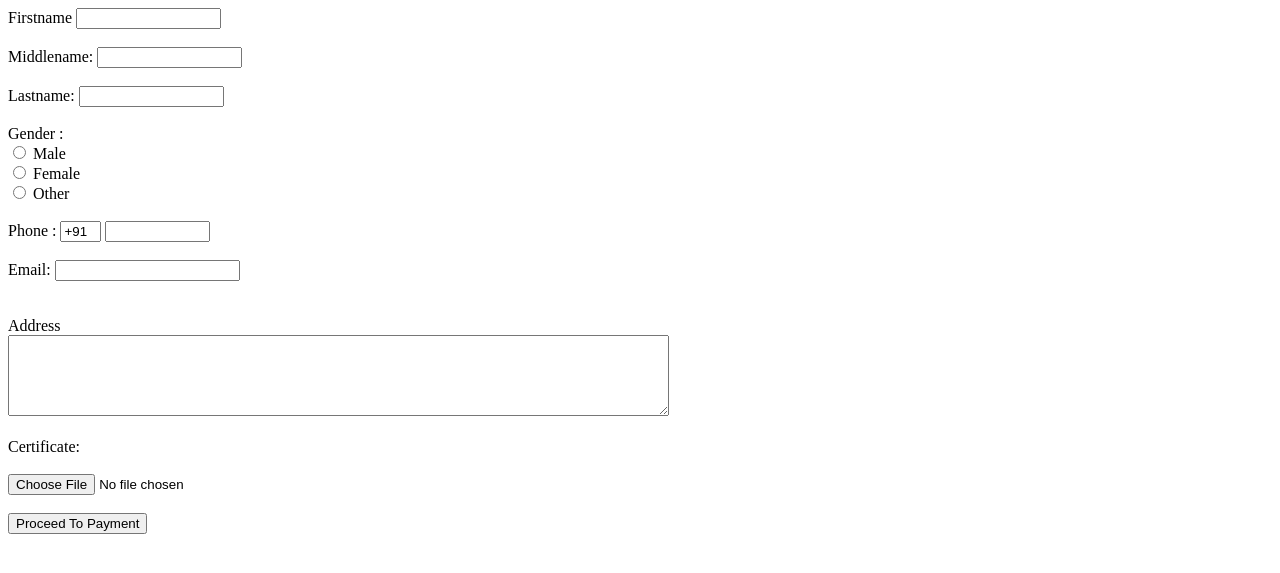
Repository: sarthakkathpalia/elliptical
Page: html/form.html
These files come from the project's save history. The page is drawn as it stood at one moment and after the next save; the edit follows.
The browser window is 1280 px wide. The pictures show the whole page.

Above is the page before, as saved 2021-10-30 17:05:04.

### html/form.html
<!DOCTYPE html>
<html lang="en">
<head>
    <meta charset="UTF-8">
    <meta http-equiv="X-UA-Compatible" content="IE=edge">
    <meta name="viewport" content="width=device-width, initial-scale=1.0">
    <title>form</title>
</head>
<body>
    <form method="get" action="index.html">

        <label> Firstname </label>
        <input type="text" name="firstname" size="15"/> <br> <br>
        <label> Middlename: </label>
        <input type="text" name="middlename" size="15"/> <br> <br>
        <label> Lastname: </label>
        <input type="text" name="lastname" size="15"/> <br> <br>

        <label>
        Gender :
        </label><br>
        <input type="radio" name="male"/> Male <br>
        <input type="radio" name="female"/> Female <br>
        <input type="radio" name="other"/> Other
        <br>
        <br>

        <label>
        Phone :
        </label>
        <input type="text" name="country code"  value="+91" size="2"/>
        <input type="text" name="phone" size="10"/> <br> <br>
        Email:
        <input type="email" id="email" name="email"/> <br>
        <br> <br>
        Address
        <br>
        <textarea cols="80" rows="5" value="address">
        </textarea>
        <br> <br>

        <label>
            Certificate:
        </label>
        <br>
        <br>
        <input type="file" id="image-input" accept="image/*">
        <br>
        <br>

        <button type="submit">Proceed To Payment</button>
        </form>
</body>
</html>

After the next save:
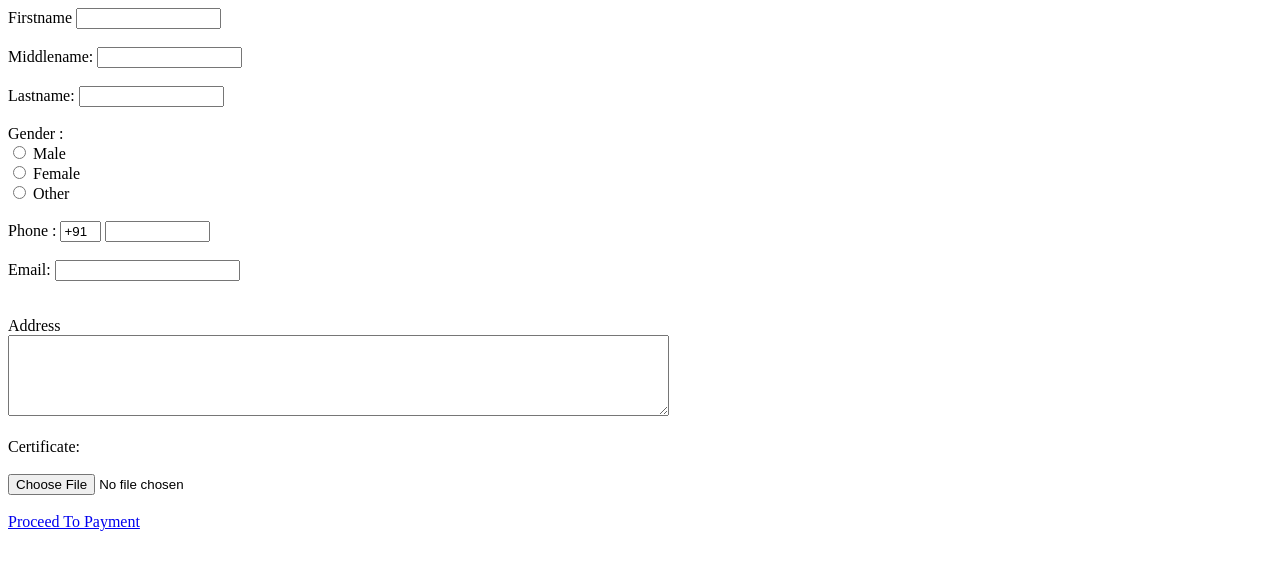
Saved 89 s later.
--- a/html/form.html
+++ b/html/form.html
@@ -47,8 +47,8 @@
         <input type="file" id="image-input" accept="image/*">
         <br>
         <br>
-
-        <button type="submit">Proceed To Payment</button>
+        <a href="index.html">Proceed To Payment</a>
+        <!-- <button type="submit">Proceed To Payment</button> -->
         </form>
 </body>
 </html>
